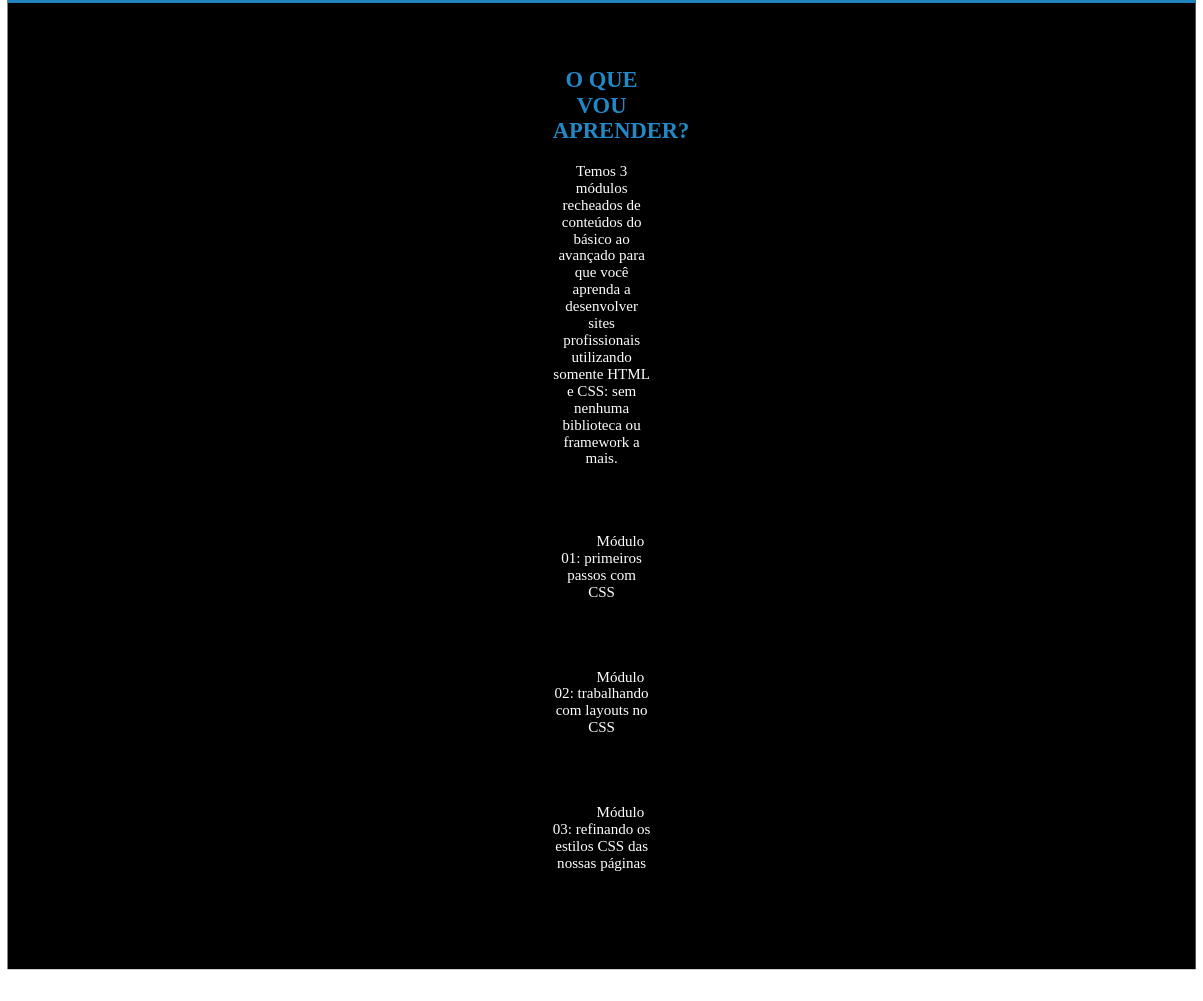
Repository: gustavotwist/trilha-css-desafio-01
Page: index.html
These files come from the project's save history. The page is drawn as it stood at one moment and after a run of saves; the edit follows.
The browser window is 1280 px wide. The pictures show the part of the page from y = 449 to 1514 px (the page is 2307 px tall before and 2399 px after), at 94% of full size.
A picture or video elsewhere on the page could not be fetched, so the positions and the page height are approximate.

Above is the page before, as saved 2024-07-15 18:50:53.

After the next 2 saves:
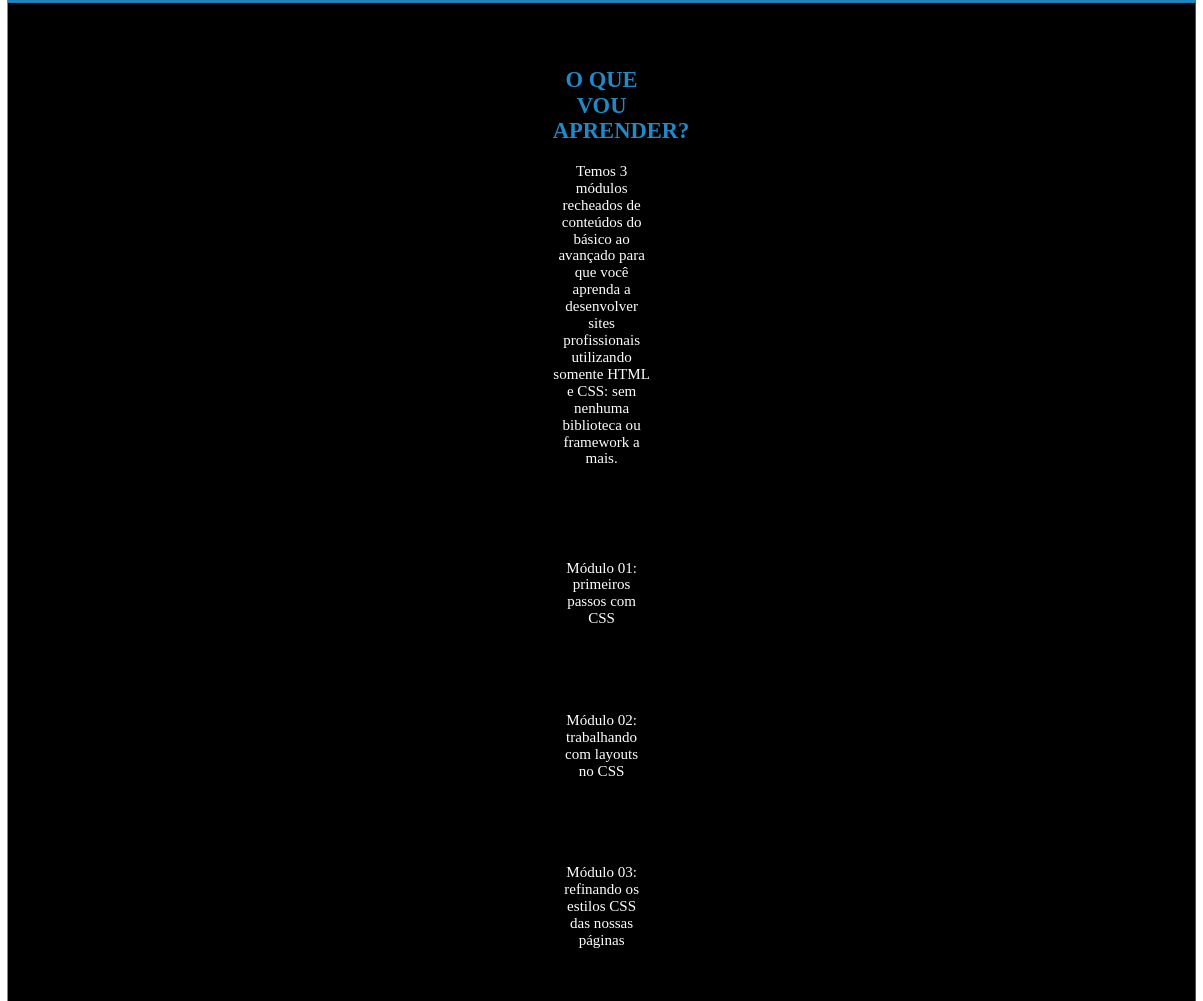
The 2 saves are shown as one change because they came seconds apart.
The last was saved 6 s later.
--- a/global.css
+++ b/global.css
@@ -44,5 +44,5 @@ section, p{
 
 .modules-list {
     white-space:pre-wrap;
-    padding
+    padding:10px;
 }
